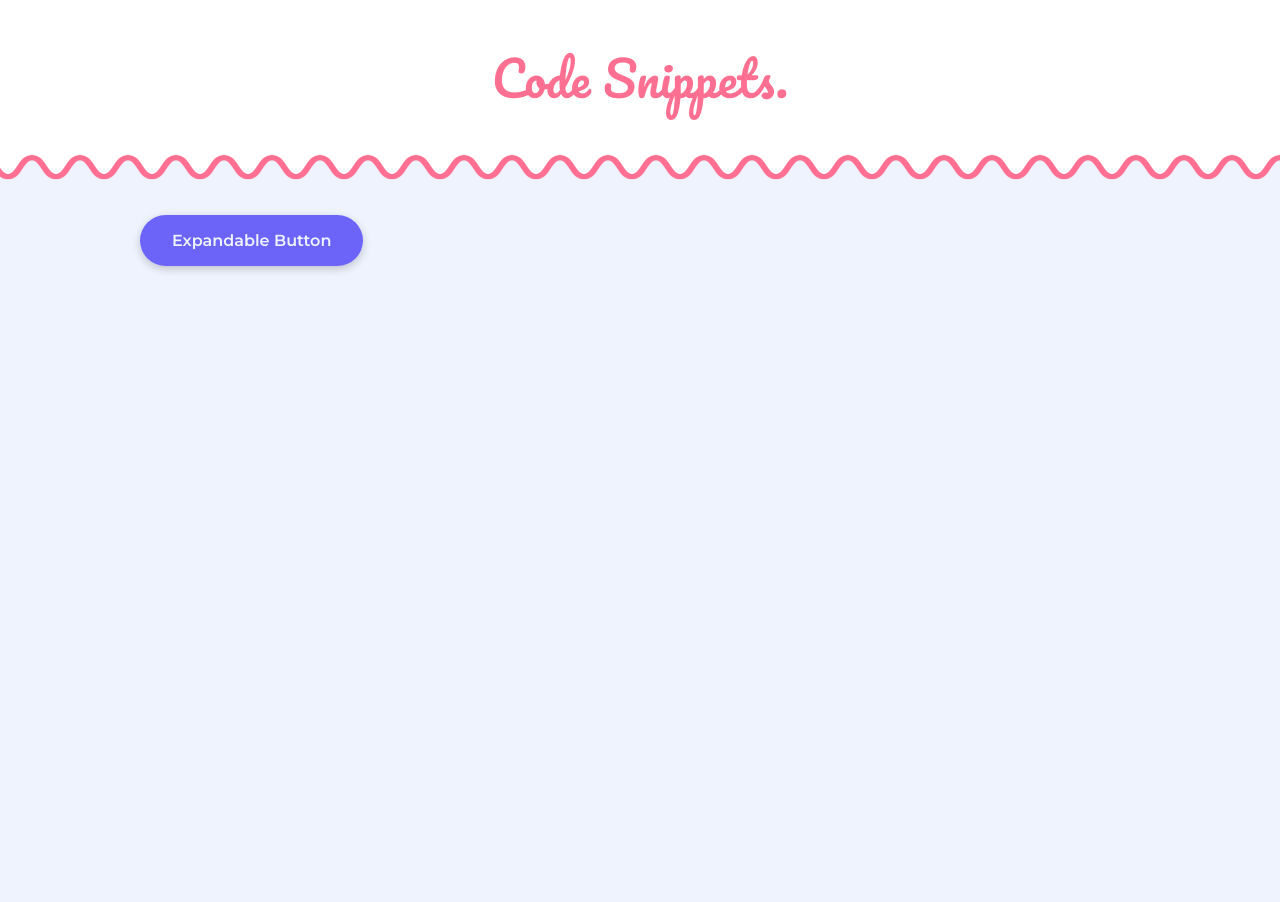
Repository: vikatgen/code-snippets
Page: index.html
The author's editor kept a copy of each file at every save. The page is drawn from the files as they stood at one save, then again after the next save.
The browser window is 1280 px wide. The pictures show the whole page.
The style sheet was rebuilt from its Sass, Less or Tailwind sources for each picture, by a compiler version that may differ from the author's.

Above is the page before, as saved 2020-03-30 23:53:42.

### index.html
<!DOCTYPE html>
<html lang="en">
  <head>
    <meta charset="UTF-8" />
    <meta name="viewport" content="width=device-width, initial-scale=1.0" />
    <link rel="stylesheet" href="/css/normalize.css" />
    <link rel="stylesheet" href="/css/mainpage-styles.css" />
    <title>{Code Snippets}</title>
  </head>
  <body>
    <section id="heading-section">
      <div class="container">
        <div class="header-wrapper">
          <span>Code Snippets.</span>
        </div>
      </div>
    </section>
    <section id="page-break">
      <img src="/assets/page-snip.png" alt="" />
    </section>
    <section class="links-section">
      <div class="container">
        <div class="link-wrapper">
          <a href="/expandable-button/expandable-button.html"
            >Expandable Button</a
          >
        </div>
      </div>
    </section>
  </body>
</html>

### css/mainpage-styles.scss
@import url("https://fonts.googleapis.com/css?family=Montserrat:400,600,700|Pacifico&display=swap");

$heading: "Pacifico", cursive;
$ff-normal: "Montserrat", sans-serif;
$text-color: #eff3fe;
$heading-color: #ff6f91;

.container {
  width: 90%;
  max-width: 1000px;
  margin: auto;
}

.link-wrapper {
  padding-top: 50px;
  a {
    text-decoration: none;
    font-family: $ff-normal;
    color: $text-color;
    font-weight: 600;
    background: #6c63f9;
    padding: 16px 32px;
    border-radius: 50px;
    box-shadow: 0 3px 8px rgba($color: black, $alpha: 0.2);
  }
}

.header-wrapper {
  width: 100%;
  text-align: center;
  margin: 50px 0px;
  span {
    font-family: $heading;
    font-size: 3rem;
    color: $heading-color;
  }
}

#page-break {
  width: 100vw;
  height: auto;
  overflow: hidden;
  margin-bottom: -8px;
  img {
    width: 100%;
  }
}

.links-section {
  width: 100vw;
  height: 100vh;
  background: #eff3fe;
}

Loaded but not shown: css/normalize.css (library)

After the next save:
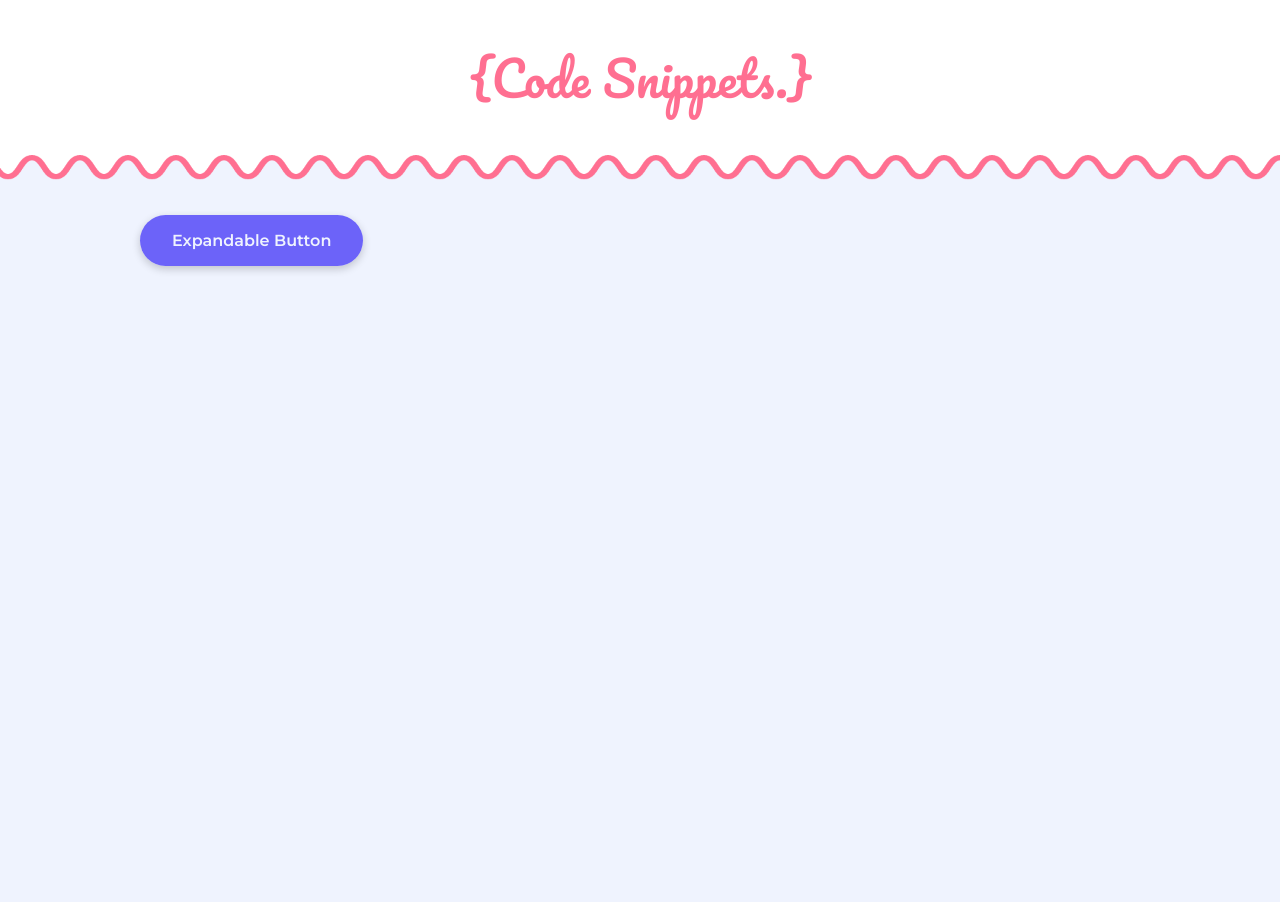
Saved 24 s later.
--- a/index.html
+++ b/index.html
@@ -5,13 +5,13 @@
     <meta name="viewport" content="width=device-width, initial-scale=1.0" />
     <link rel="stylesheet" href="/css/normalize.css" />
     <link rel="stylesheet" href="/css/mainpage-styles.css" />
-    <title>{Code Snippets}</title>
+    <title>Code Snippets</title>
   </head>
   <body>
     <section id="heading-section">
       <div class="container">
         <div class="header-wrapper">
-          <span>Code Snippets.</span>
+          <span>{Code Snippets.}</span>
         </div>
       </div>
     </section>
